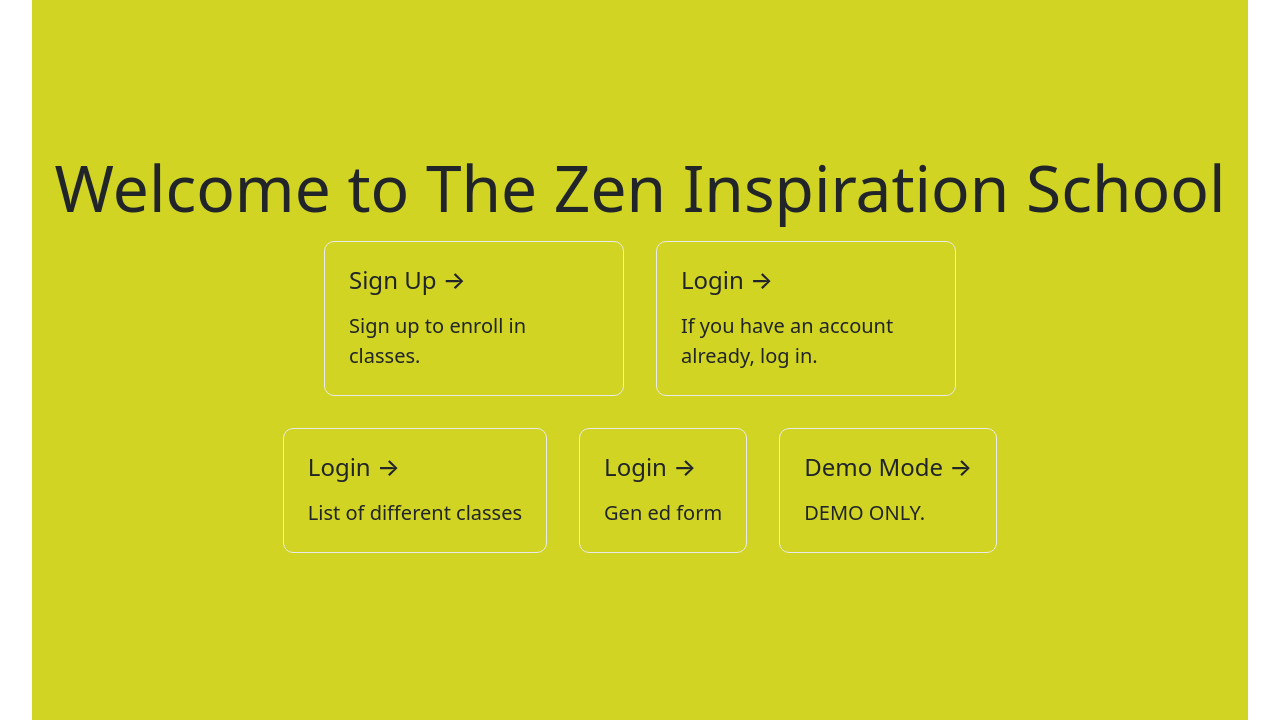
Repository: collegedude9300/zenschool
Page: /
These files come from the project's save history. The page is drawn as it stood at one moment and after the next save; the edit follows.
The browser window is 1280 px wide. The pictures show the whole page.
The project was rebuilt for these pictures with package versions that can differ from the ones it lists, and the page was loaded fresh each time. The framework's server and built-in components were replaced by stand-ins that run in the browser. Also part of the build but not shown: next.config.js.

Above is the page before, as saved 2022-10-26 10:39:41.

### pages/index.js
import Head from 'next/head'
import Image from 'next/image'
import styles from '../styles/Home.module.css'
import 'bootstrap/dist/css/bootstrap.css'

export default function Home() {
  return (
    <div className={styles.container}>
      <Head>
        <title>Create Next App</title>
        <meta name="description" content="Generated by create next app" />
        <link rel="icon" href="/favicon.ico" />
      </Head>

      <main className={styles.main}>
        <h1 className={styles.title}>
          Welcome to The Zen Inspiration School
        </h1>
        <div className={styles.grid}>
          <a href="/SignUp" className={styles.card}>
            <h2>Sign Up &rarr;</h2>
            <p>Sign up to enroll in classes.</p>
          </a>

          <a href="/Login" className={styles.card}>
            <h2>Login &rarr;</h2>
            <p>If you have an account already, log in.</p>
            </a>
            <a href="/Classes" className={styles.card}>
            <h2>Login &rarr;</h2>
            <p>List of different classes</p>
            </a>
            <a href="/GenEd" className={styles.card}>
            <h2>Login &rarr;</h2>
            <p>Gen ed form</p>
            </a>
          <a href="/HomePage"
             className={styles.card}
             >
            <h2>Demo Mode &rarr;</h2>
            <p>DEMO ONLY.</p>
          </a>
        </div>
      </main>
    </div>
  )
}

### styles/Home.module.css
.container {
  padding: 0 2rem;
}

.main {
  min-height: 100vh;
  padding: 4rem 0;
  flex: 1;
  display: flex;
  flex-direction: column;
  justify-content: center;
  align-items: center;
  background-color: #d1d422;
}

.footer {
  display: flex;
  flex: 1;
  padding: 2rem 0;
  border-top: 1px solid #eaeaea;
  justify-content: center;
  align-items: center;
}

.footer a {
  display: flex;
  justify-content: center;
  align-items: center;
  flex-grow: 1;
}

.title a {
  color: #0070f3;
  text-decoration: none;
}

.title a:hover,
.title a:focus,
.title a:active {
  text-decoration: underline;
}

.title {
  margin: 0;
  line-height: 1.15;
  font-size: 4rem;
}

.title,
.description {
  text-align: center;
}

.description {
  margin: 4rem 0;
  line-height: 1.5;
  font-size: 1.5rem;
}

.code {
  background: #fafafa;
  border-radius: 5px;
  padding: 0.75rem;
  font-size: 1.1rem;
  font-family: Menlo, Monaco, Lucida Console, Liberation Mono, DejaVu Sans Mono,
    Bitstream Vera Sans Mono, Courier New, monospace;
}

.grid {
  display: flex;
  align-items: center;
  justify-content: center;
  flex-wrap: wrap;
  max-width: 800px;
}

.card {
  margin: 1rem;
  padding: 1.5rem;
  text-align: left;
  color: inherit;
  text-decoration: none;
  border: 1px solid #eaeaea;
  border-radius: 10px;
  transition: color 0.15s ease, border-color 0.15s ease;
  max-width: 300px;
}

.card:hover,
.card:focus,
.card:active {
  color: #0070f3;
  border-color: #0070f3;
}

.card h2 {
  margin: 0 0 1rem 0;
  font-size: 1.5rem;
}

.card p {
  margin: 0;
  font-size: 1.25rem;
  line-height: 1.5;
}

.logo {
  height: 1em;
  margin-left: 0.5rem;
}

@media (max-width: 600px) {
  .grid {
    width: 100%;
    flex-direction: column;
  }
}

@media (prefers-color-scheme: dark) {
  .card,
  .footer {
    border-color: #222;
  }
  .code {
    background: #111;
  }
  .logo img {
    filter: invert(1);
  }
}

Loaded but not shown: pages/_app.js (common file); styles/globals.css (common file)

After the next save:
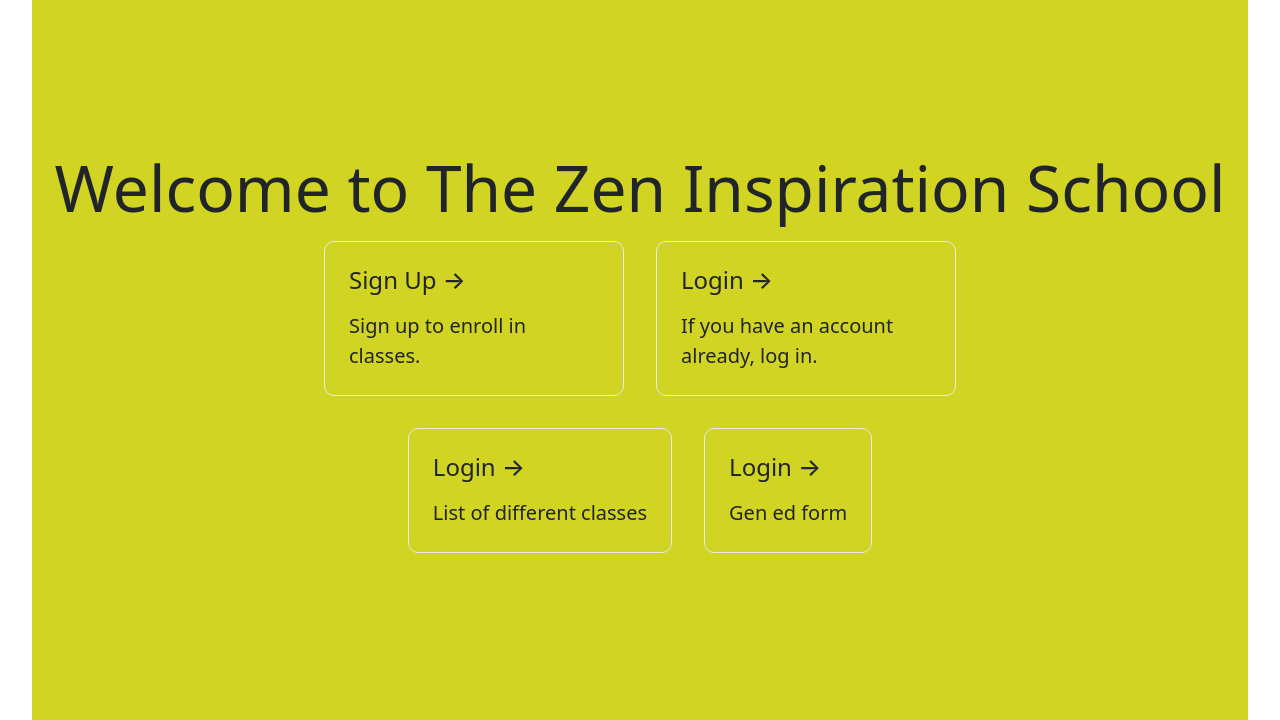
Saved 118 s later.
--- a/pages/index.js
+++ b/pages/index.js
@@ -34,12 +34,6 @@ export default function Home() {
             <h2>Login &rarr;</h2>
             <p>Gen ed form</p>
             </a>
-          <a href="/HomePage"
-             className={styles.card}
-             >
-            <h2>Demo Mode &rarr;</h2>
-            <p>DEMO ONLY.</p>
-          </a>
         </div>
       </main>
     </div>
